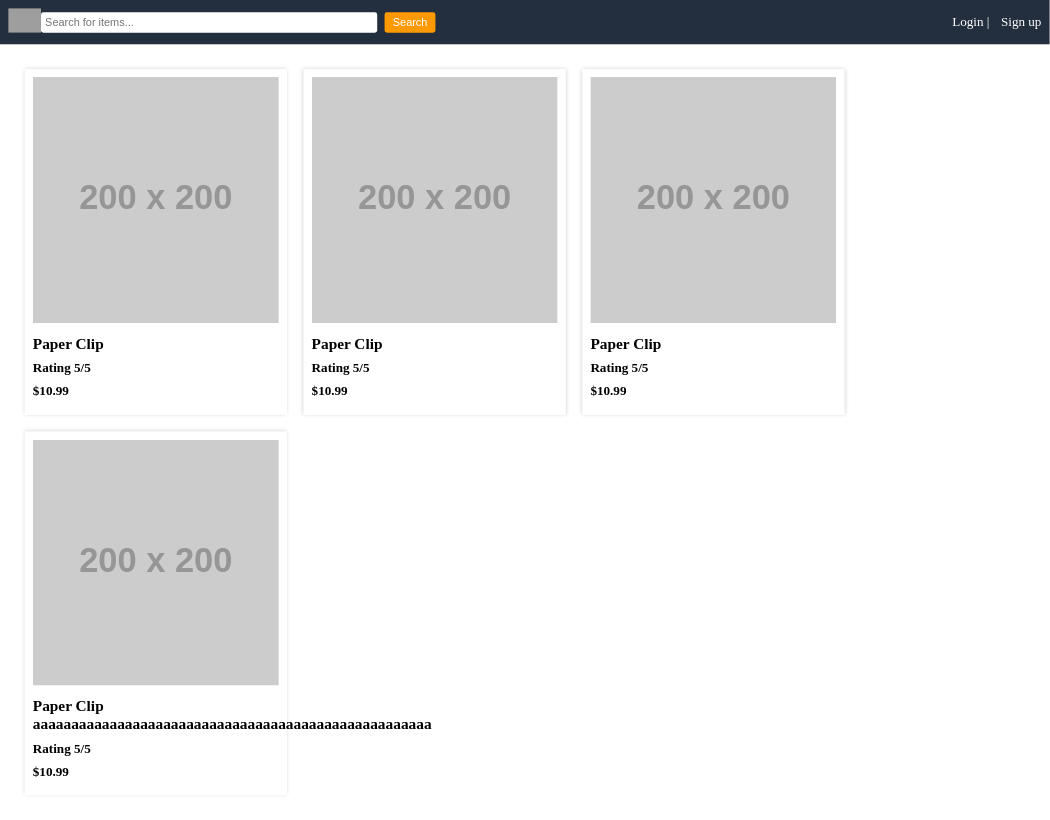
Repository: Minh-John-Le/OfficeSupplyDepot
Page: http://localhost/OfficeSupplyDepotServlet/MainPage.jsp
The author's editor kept a copy of each file at every save. The page is drawn from the files as they stood at one save, then again after the next save.
The browser window is 1280 px wide. The pictures show the whole page, at 82% of full size.
Pictures or frames that could not be fetched are drawn as grey boxes. The page is served by Tomcat 9. Nobody is signed in. The application's start-up code is not run. Other server files are loaded and not shown.

Above is the page before, as saved 2023-03-13 06:33:57.

### OfficeSupplyDepotServlet/src/main/webapp/MainPage.jsp
<!DOCTYPE html>
<html>
<head>
	<meta charset="UTF-8">
	<title>Office Supply Depot</title>
	<link rel="stylesheet" href="MainPage.css">
</head>
<body>
	<div class="header">
		<div class="logo">
			<img src="my-logo.png" alt="Office Supply Depot">
		</div>
		<div class="search">
			<input type="text" placeholder="Search for items...">
			<button>Search</button>
		</div>
		<div class="login-signup">
			<a href="#">Login</a> | <a href="#">Sign up</a>
		</div>
	</div>
	<div class="item-container">
		<div class="item-box">
			<img src="https://dummyimage.com/200x200/000/fff&text=Paperclips">
			<h3>Paper Clip</h3>
			<p>Rating 5/5</p>
			<p>$10.99</p>
		</div>
		<div class="item-box">
			<img src="https://dummyimage.com/200x200/000/fff&text=Paperclips">
			<h3>Paper Clip</h3>
			<p>Rating 5/5</p>
			<p>$10.99</p>
		</div>
		<div class="item-box">
			<img src="https://dummyimage.com/200x200/000/fff&text=Paperclips">
			<h3>Paper Clip</h3>
			<p>Rating 5/5</p>
			<p>$10.99</p>
		</div>
		<div class="item-box">
			<img src="https://dummyimage.com/200x200/000/fff&text=Paperclips">
			<h3>Paper Clip aaaaaaaaaaaaaaaaaaaaaaaaaaaaaaaaaaaaaaaaaaaaaaaaaaaa</h3>
			<p>Rating 5/5</p>
			<p>$10.99</p>
		</div>
	</div>
</body>
</html>

### OfficeSupplyDepotServlet/src/main/webapp/MainPage.css
/* Global Styles */
body {
	margin: 0;
	padding: 0;
}

/* Header Styles */
.header {
	background-color: #232f3e;
	color: #fff;
	display: flex;
	align-items: center;
	padding: 10px;
}
.logo img {
	height: 30px;
}
.search input[type="text"] {
	padding: 5px;
	border: none;
	border-radius: 3px;
	width: 400px;
}
.search button {
	background-color: #ff9900;
	color: #fff;
	border: none;
	border-radius: 3px;
	padding: 5px 10px;
	margin-left: 5px;
	cursor: pointer;
}
.login-signup {
	margin-left: auto;
}
.login-signup a {
	color: #fff;
	text-decoration: none;
	margin-left: 10px;
}

/* Item Box Styles */
.item-container {
	display: flex;
	flex-wrap: wrap;
	padding: 20px;
}
.item-box {
	width: 300px;
	margin: 10px;
	padding: 10px;
	background-color: #fff;
	box-shadow: 0px 0px 5px rgba(0, 0, 0, 0.2);
}
.item-box img {
	width: 100%;
}
.item-box h3 {
	margin: 10px 0;
}
.rating {
	color: #ff9900;
	margin: 10px 0;
}
.checked {
	color: #ff9900;
}
.item-box p {
	font-weight: bold;
	margin: 10px 0;
}

After the next save:
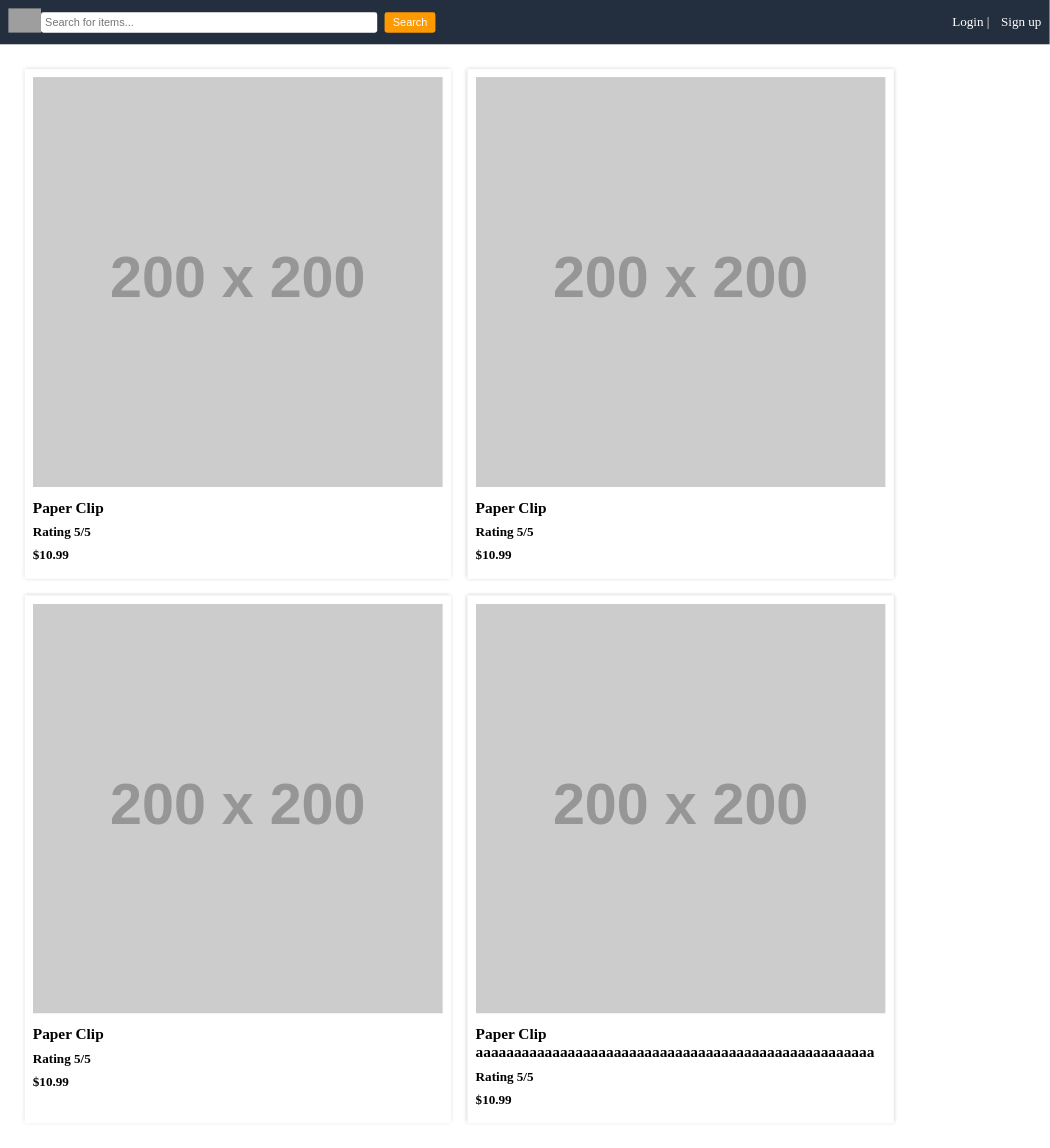
Saved 52 s later.
--- a/OfficeSupplyDepotServlet/src/main/webapp/MainPage.css
+++ b/OfficeSupplyDepotServlet/src/main/webapp/MainPage.css
@@ -46,7 +46,7 @@ body {
 	padding: 20px;
 }
 .item-box {
-	width: 300px;
+	width: 500px;
 	margin: 10px;
 	padding: 10px;
 	background-color: #fff;
